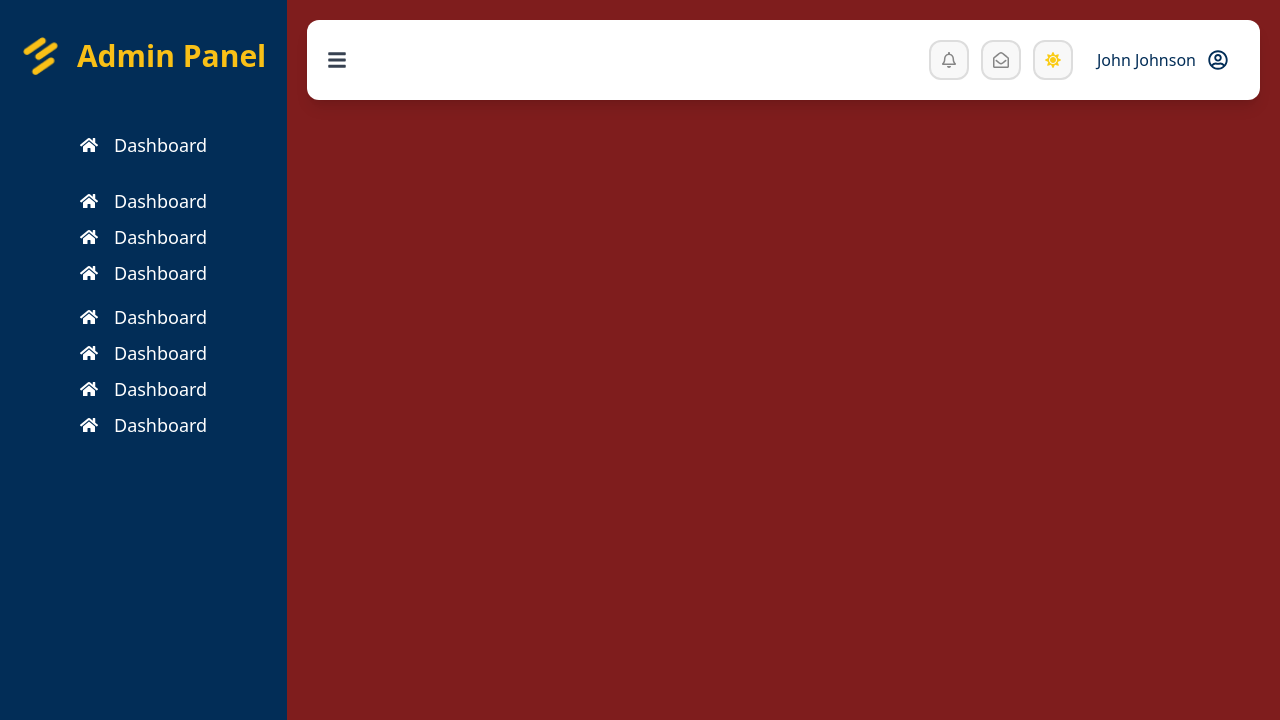
Repository: farrelmuhammad/redesign-bo
Page: /
These files come from the project's save history. The page is drawn as it stood at one moment and after the next save; the edit follows.
The browser window is 1280 px wide. The pictures show the whole page.
The project was rebuilt for these pictures with package versions that can differ from the ones it lists, and the page was loaded fresh each time. Also part of the build but not shown: src/App.css.

Above is the page before, as saved 2024-03-02 19:51:12.

After the next save:
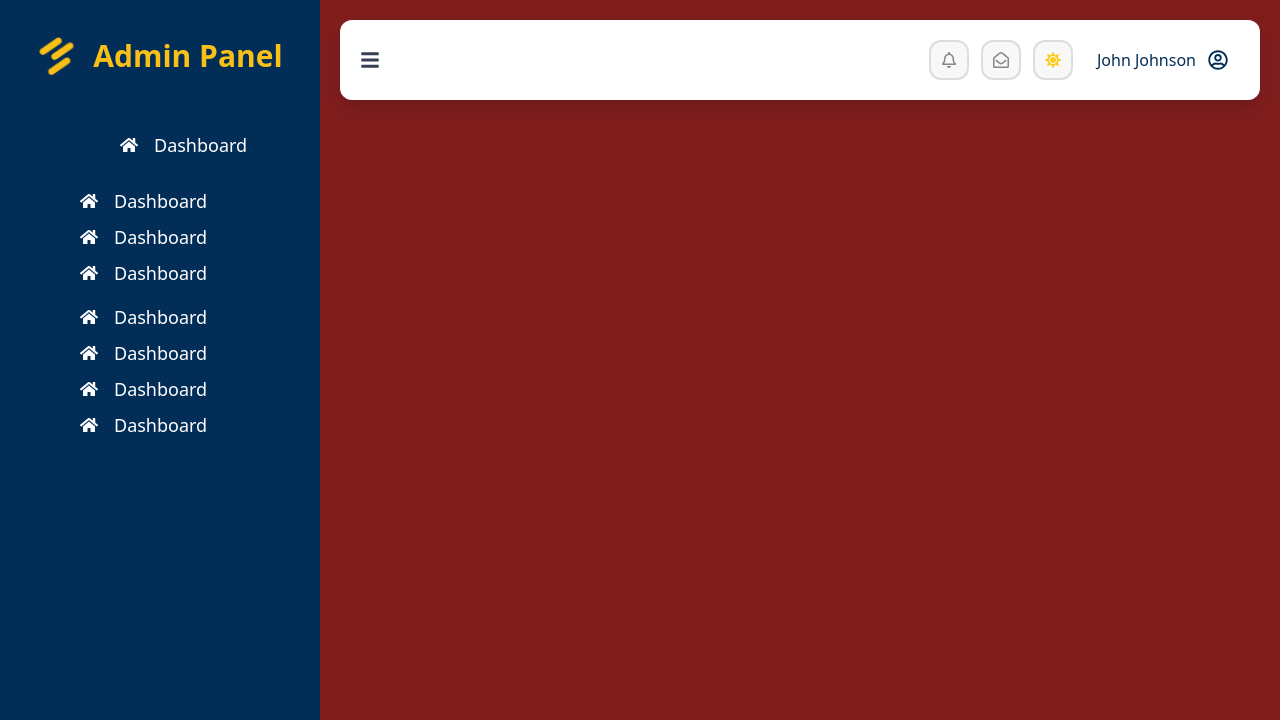
Saved 15 s later.
--- a/src/components/Sidebar.tsx
+++ b/src/components/Sidebar.tsx
@@ -12,7 +12,7 @@
             <div className="flex flex-col h-full w-full justify-start gap-4 items-start py-5 px-20">
                 <ul className='flex flex-col gap-2 font-medium text-lg'>
                     <li className='w-full'>
-                        <button className='flex flex-row justify-start w-full items-center gap-4 py-5 hover:rounded-xl hover:bg-[#3996DC] hover:bg-opacity-[20%] hover:w-full'>
+                        <button className='flex flex-row justify-start w-full items-center gap-4 py-5 px-10 hover:rounded-xl hover:bg-[#3996DC] hover:bg-opacity-[20%] hover:'>
                         <FaHome /> Dashboard
                         </button>
                     </li>

After the save that followed:
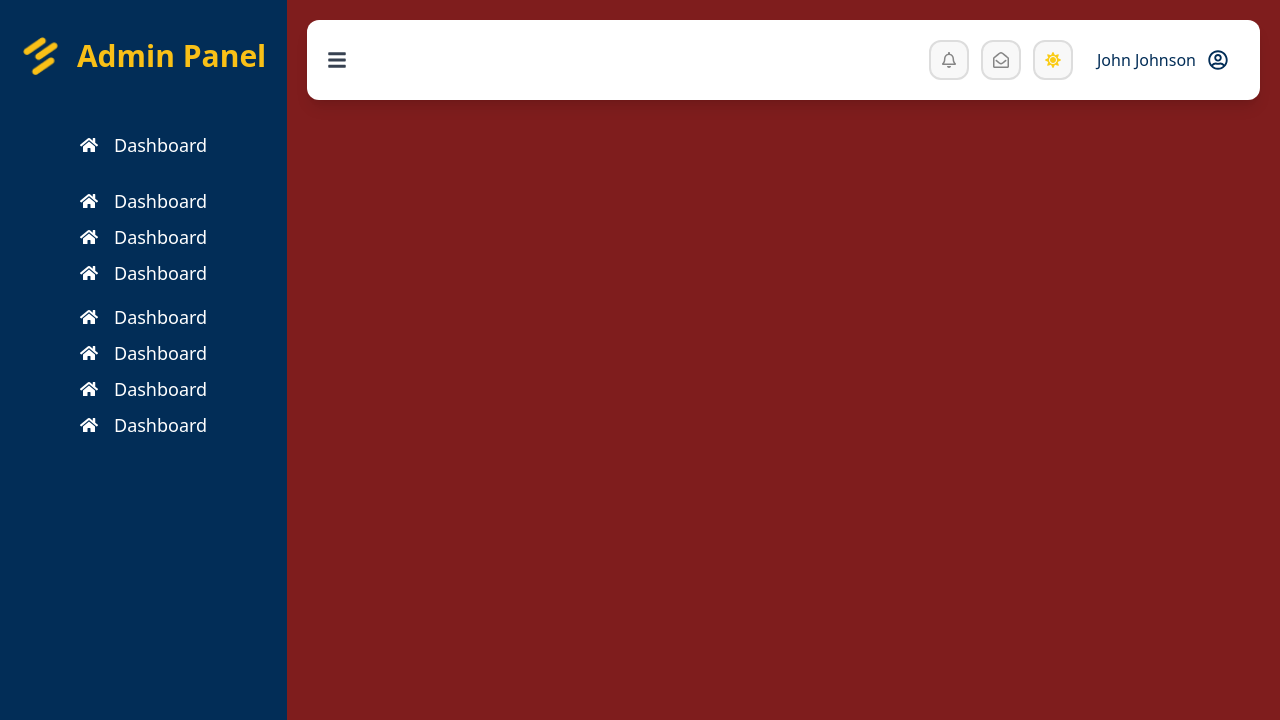
Saved 9 s later.
--- a/src/components/Sidebar.tsx
+++ b/src/components/Sidebar.tsx
@@ -12,7 +12,7 @@
             <div className="flex flex-col h-full w-full justify-start gap-4 items-start py-5 px-20">
                 <ul className='flex flex-col gap-2 font-medium text-lg'>
                     <li className='w-full'>
-                        <button className='flex flex-row justify-start w-full items-center gap-4 py-5 px-10 hover:rounded-xl hover:bg-[#3996DC] hover:bg-opacity-[20%] hover:'>
+                        <button className='flex flex-row justify-start w-full items-center gap-4 py-5 w-full hover:rounded-xl hover:bg-[#3996DC] hover:bg-opacity-[20%] hover:'>
                         <FaHome /> Dashboard
                         </button>
                     </li>
